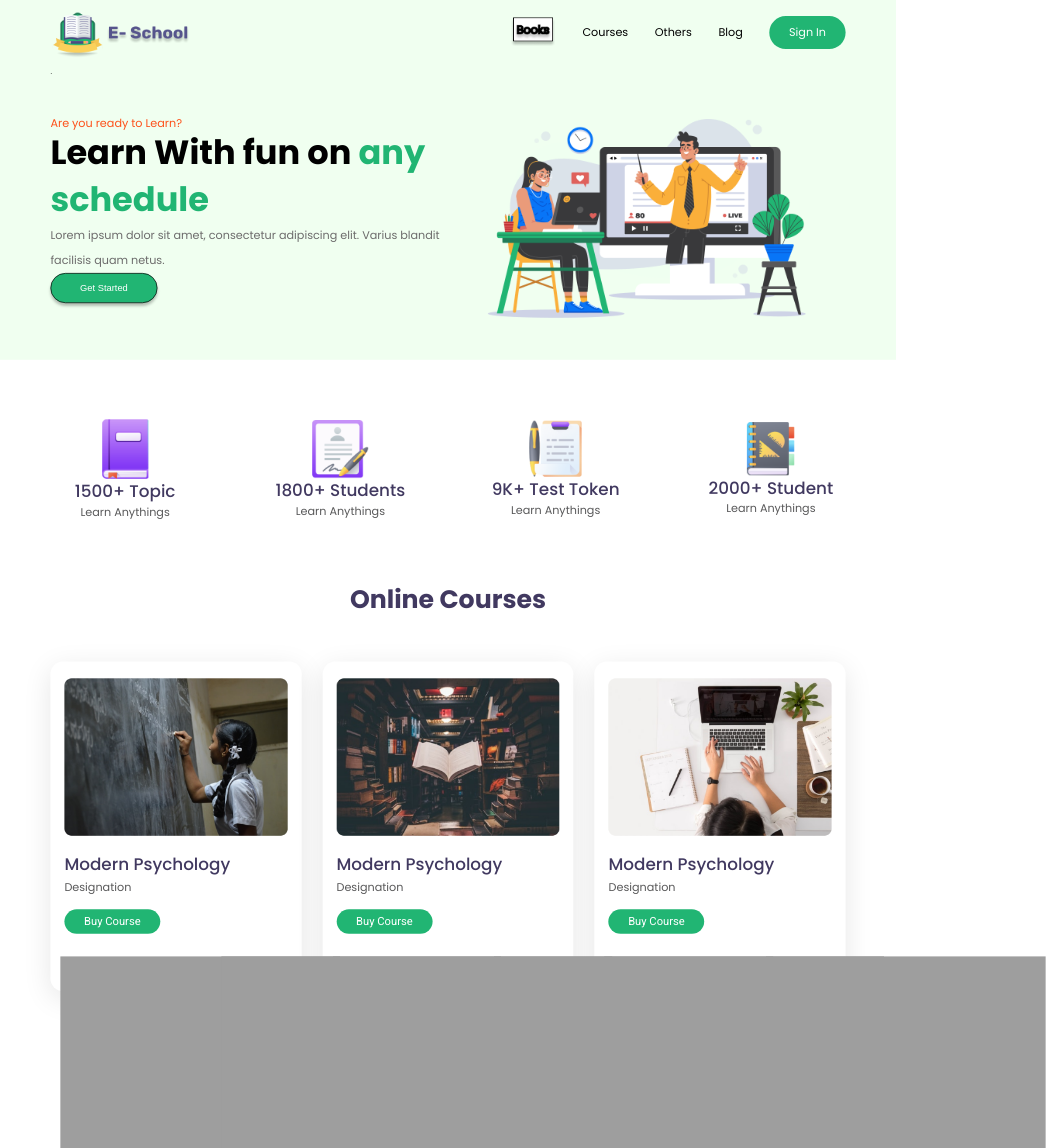
Repository: bijaythakur-code/E-school
Page: index.html
The author's editor kept a copy of each file at every save. The page is drawn from the files as they stood at one save, then again after the next save.
The browser window is 1280 px wide. The page is 1494 px wide, so the pictures cover 1494 px, including what lies to the right of the window. The pictures show the part of the page from y = 0 to 1640 px (the page is 2161 px tall before and 2197 px after), at 70% of full size.
Pictures or frames that could not be fetched are drawn as grey boxes.

Above is the page before, as saved 2022-05-17 12:06:46.

### index.html
<!DOCTYPE html>
<html lang="en">
  <head>
    <meta charset="UTF-8" />
    <meta http-equiv="X-UA-Compatible" content="IE=edge" />
    <meta name="viewport" content="width=device-width, initial-scale=1.0" />

    <link rel="preconnect" href="https://fonts.googleapis.com" />
    <link rel="preconnect" href="https://fonts.gstatic.com" crossorigin />
    <link
      href="https://fonts.googleapis.com/css2?family=Poppins:wght@400;500;700&family=Roboto&display=swap"
      rel="stylesheet"
    />

    <link rel="stylesheet" href="/css/general.css" />
    <link rel="stylesheet" href="/css/style.css" />
    <link rel="stylesheet" href="/css/queries.css" />
    <title>E-School V2</title>
  </head>
  <body>
    <header>
      <div class="container">
        <div class="nav-container">
          <div class="logo">
            <a href="#">
              <img src="/img/logo.png" alt="E-school logo" />
            </a>
          </div>
        <nav class="main-nav">
          <ul class="main-nav-list">
            <li>
              <a href="/">
                <img src="/img/img-icon-books-nav.png" alt="E-school Books" />
              </a>
            </li>
            <li>
              <a class="nav-link" href="#courses">Courses</a>
            </li>
            <li>
              <a class="nav-link" href="#">Others</a>
            </li>
            <li>
              <a class="nav-link" href="#">Blog</a>
            </li>
            <li>
              <a class="sign-in nav-link" href="#">Sign In</a>
            </li>
          </ul>
        </nav>

        <button class="btn-mobile-nav">
          <ion-icon class="icon-mobile-nav" name="menu-outline"></ion-icon>
          <ion-icon class="icon-mobile-nav" name="close-outline"></ion-icon>
        </button>
      </div>



        <!-- hero section -->
        .
        <div class="hero">
          <div class="hero-left">
            <p class="are-you-ready">Are you ready to Learn?</p>
            <h1>Learn With fun on <span class="h1-span">any schedule</span></h1>
            <p class="website-desc">
              Lorem ipsum dolor sit amet, consectetur adipiscing elit. Varius
              blandit facilisis quam netus.
            </p>
            <a href="#">
              <button class="btn-get-started">Get Started</button>
            </a>
          </div>
          <div class="hero-right">
            <img src="/img/image-hero.png" alt="E-school hero" />
        </div>
      </div>
    </header>

    <!-- progress section -->
    <section class="progress">
      <div class="container progress-container">
        <div class="progress-section">
          <img src="img/img-icon-1-topic.png" alt="Topic E-school">
          <h3>1500+ Topic</h3>
          <p>Learn Anythings</p>
        </div>

        <div class="progress-section">
          <img src="img/img-icon-2-students.png" alt="Students E-school">
          <h3>1800+ Students</h3>
          <p>Learn Anythings</p>
        </div>

        <div class="progress-section">
          <img src="img/img-icon-3-token.png" alt="Test E-school">
          <h3>9K+ Test Token</h3>
          <p>Learn Anythings</p>
        </div>

        <div class="progress-section">
          <img src="img/img-icon-4-student.png" alt="Student E-school">
          <h3>2000+ Student</h3>
          <p>Learn Anythings</p>
        </div>

      </div>
    </section>

    <!-- Online Courses Section -->

    <section id="courses">
      <div class="container online-courses">
        <h2>Online Courses</h2>
        <div class="courses-section">
          <div class="course-item">
            <img src="img/image-online-course-1.png" alt="E-school course" />
            <h3>Modern Psychology</h3>
            <p class="course-sub-desc">Designation</p>
            <a href="#">
              <button class="btn-buy-course">Buy Course</button>
            </a>
            <div class="course-details">
              <p class="course-start">Start 20  April, 2021</p>
              <p class="course-seats">60 seats</p>
            </div>
          </div>

          <div class="course-item">
            <img src="img/image-online-course-2.png" alt="E-school course" />
            <h3>Modern Psychology</h3>
            <p class="course-sub-desc">Designation</p>
            <a href="#">
              <button class="btn-buy-course">Buy Course</button>
            </a>
            <div class="course-details">
              <p class="course-start">Start 20  April, 2021</p>
              <p class="course-seats">60 seats</p>
            </div>
          </div>

          <div class="course-item">
            <img src="img/image-online-course-3.png" alt="E-school course" />
            <h3>Modern Psychology</h3>
            <p class="course-sub-desc">Designation</p>
            <a href="#">
              <button class="btn-buy-course">Buy Course</button>
            </a>
            <div class="course-details">
              <p class="course-start">Start 20  April, 2021</p>
              <p class="course-seats">60 seats</p>
            </div>
          </div>

          </div>
    </section>

    <!-- Testimonial section -->
    <section>
      <div class="container testimonial-container">
        <h2>Testimonial</h2>
        <div class="testimonial-section">
          <figure class="testimonial">
            <img
              class="testimonial-img"
              alt="Photo of customer Dave Bryson"
              src="img/image-testimonial.png"
            />
            <blockquote class="testimonial-text">
              There are many variations of passages of Lorem Ipsum available, but the majority have suffered alteration in some form, by injected humour,  or randomised words which don't look even slightly believable.
            </blockquote>
          </figure>
        </div>
      </div>
    </section>

    <!-- Footer Section -->

    <footer>
        <div class="footer-section container">
          <div class="footer-items">
            <p class="footer-left-text">Millions of people of all ages and from around the world are improving their lives with us</p>
            <div class="footer-item">
              <h3>Course</h3>
              <ul>
                <li>
                  <a href="#">Graphic Design</a>
                </li>
                <li>
                  <a href="#">Web Design</a>
                </li>
                <li>
                  <a href="#">Business</a>
                </li>
                <li>
                  <a href="#">Marketing</a>
                </li>
                <li>
                  <a href="#">Engineering</a>
                </li>
              </ul>
            </div>
            <div class="footer-item">
              <h3>Terms</h3>
              <ul>
                <li>
                  <a href="#">Graphic Design</a>
                </li>
                <li>
                  <a href="#">Web Design</a>
                </li>
                <li>
                  <a href="#">Business</a>
                </li>
                <li>
                  <a href="#">Marketing</a>
                </li>
                <li>
                  <a href="#">Engineering</a>
                </li>
              </ul>
            </div>
            <div class="footer-item">
              <h3>Useful Link</h3>
              <ul>
                <li>
                  <a href="#">Graphic Design</a>
                </li>
                <li>
                  <a href="#">Web Design</a>
                </li>
                <li>
                  <a href="#">Business</a>
                </li>
                <li>
                  <a href="#">Marketing</a>
                </li>
                <li>
                  <a href="#">Engineering</a>
                </li>
              </ul>
            </div>
          </div>
          <div class="footer-bottom">
            <p class="footer-bottom-text">
              Copyright © <span class="year">2021</span> www.com
            </p>
          </div>
        </div>
      </footer>

      <script src="https://unpkg.com/smoothscroll-polyfill@0.4.4/dist/smoothscroll.min.js"></script>

      <script type="module" src="https://unpkg.com/ionicons@5.5.2/dist/ionicons/ionicons.esm.js"></script>
<script nomodule src="https://unpkg.com/ionicons@5.5.2/dist/ionicons/ionicons.js"></script>

    <script src="js/script.js"></script>
  </body>
</html>

### css/general.css
/*
--- 01 TYPOGRAPHY SYSTEM

- Font sizes (px)


- Font weights
Default: 400
Medium: 500

Bold: 700


- Line heights
Default: 1
Small: 1.05
Medium: 1.2
Paragraph default: 1.6
Large: 1.8

- Letter spacing
-0.5px
0.75px

--- 02 COLORS

#000000 -- black
#21B573 -- primary
#FFFFFF -- white
#FD511A -- primary-shade-one
#413960 -- secondary
#585859 -- secondary-tint-one
#282531 -- footer background
#CDCDCD -- primary-tint-one

#F0FFF0 -- hero background

- Primary:
- Tints:


- Shades:


- Accents:
- Greys


--- 05 SHADOWS


--- 06 BORDER-RADIUS

Default: 9px
Medium: 11px

--- 07 WHITESPACE

- Spacing system (px)

*/

:root {
  /* COLORS VARIABLES */
  --primary-color: #21b573;
  --primary-shade-one: #fd511a;
  --primary-tint-one: #cdcdcd;

  --secondary-color: #413960;
  --secondary-tint-one: #585859;

  --hero-background: #f0fff0;
  --footer-background: #282531;

  --black-color: #000000;
  --white-color: #ffffff;
}

*,
*::after,
*::before {
  padding: 0;
  margin: 0;
  box-sizing: border-box;
}

html {
  /* font-size: 10px; */

  /* 10px / 16px = 0.625 = 62.5% */
  /* Percentage of user's browser font-size setting */
  font-size: 62.5%;

  /* Does NOT work on Safari */
  /* scroll-behavior: smooth; */
}

body {
  font-family: 'Poppins', sans-serif;
  line-height: 140%;
  font-weight: 400;
}

ul {
  list-style: none;
}

a {
  text-decoration: none;
}

img {
  max-width: 100%;
  height: auto;
}

button {
  border: none;
  outline: none;
  cursor: pointer;
}

/*=============== GENERAL REUSABLE CSS CLASSES ===============*/

.container {
  /* 1200px */
  max-width: 120rem;
  padding: 0 3.2rem;
  margin: 0 auto;
}

### css/style.css
/*=============== HEADER & NAV ===============*/

header {
  background-color: var(--hero-background);
  position: relative;
}

.nav-container {
  display: flex;
  justify-content: space-between;
  align-items: center;
  height: 9.6rem;
}

.main-nav-list {
  display: flex;
  justify-content: space-between;
  align-items: center;
  gap: 3.8rem;
}

.logo {
  height: 6rem;
  width: 20rem;
}

.nav-link {
  font-family: 'Poppins', sans-serif;
  font-weight: 400;
  font-size: 1.6rem;
  color: #000000;
}

.sign-in {
  color: #ffffff;
  padding: 1.2rem 2.8rem;
  width: 10.4rem;
  height: 4.3rem;
  background: #21b573;
  border-radius: 3.3rem;
}

/* mobile menu */

.btn-mobile-nav {
  border: none;
  background: none;
  cursor: pointer;

  display: none;
}

.icon-mobile-nav {
  height: 4.8rem;
  width: 4.8rem;
  color: #333;
}

.icon-mobile-nav[name='close-outline'] {
  display: none;
}

/* STICKY NAVIGATION */

.sticky .nav-container {
  position: fixed;
  top: 0;
  left: 0;
  bottom: 0;
  width: 100%;
  height: 8rem;
  /* padding-top: 0;
  padding-bottom: 0; */
  padding: 0 2rem;
  background-color: rgba(255, 255, 255, 0.97);
  z-index: 999;
  box-shadow: 0 1.2rem 3.2rem rgba(0, 0, 0, 0.03);
}

.sticky .hero {
  margin-top: 9.6rem;
}

/*=============== HERO SECTION ===============*/

.hero {
  display: flex;
  padding: 6rem 0 6rem 0;
}

.hero-left {
  width: 50%;
  display: flex;
  flex-direction: column;
}

.are-you-ready {
  font-family: 'Poppins', sans-serif;
  font-weight: 400;
  font-size: 1.6rem;
  color: #fd511a;
}

h1 {
  font-family: 'Poppins', sans-serif;

  font-weight: 700;
  font-size: 4.8rem;
  line-height: 140%;
  color: #000000;
}

.h1-span {
  color: #21b573;
}

.website-desc {
  font-family: 'Poppins', sans-serif;

  font-weight: 400;
  font-size: 1.6rem;
  line-height: 225%;
  color: #6c6b6b;
}

.btn-get-started {
  width: 15.3rem;
  height: 4.3rem;
  background: #21b573;
  padding: 1.2rem 3.6rem;
  border: 0.1rem solid #000000;
  box-shadow: 0rem 0.4rem 0.4rem rgba(0, 0, 0, 0.25);
  border-radius: 3.3rem;
  color: #ffffff;
}

.hero-right {
  width: 50%;
  display: flex;
  justify-content: center;
  align-items: center;
}

.hero-right img {
  width: 80%;
}

/*=============== PROGRESS SECTION ===============*/

/* .progress {
  background-color: red;
} */
.progress-container {
  display: grid;
  grid-template-columns: repeat(4, 1fr);
  padding: 3rem 0;
  gap: 3rem;
}

.progress-section {
  display: flex;
  flex-direction: column;
  justify-content: center;
  align-items: center;
  padding: 5.5rem 0;
  /* width: 27rem;
  height: 27rem; */
}

.progress-section h3 {
  font-family: 'Poppins', sans-serif;
  font-weight: 500;
  font-size: 2.4rem;
  line-height: 3.6rem;
  color: #413960;
}

.progress-section p {
  font-family: 'Poppins', sans-serif;
  font-weight: 400;
  font-size: 1.6rem;
  line-height: 2.4rem;
  color: #585859;
}

.progress-section:hover {
  background: #ffffff;
  /* background: red; */
  box-shadow: 0rem 2rem 4rem rgba(0, 0, 0, 0.1);
  border-radius: 1rem;
}

/*=============== ONLINE COURSE SECTION ===============*/
.online-courses h2 {
  text-align: center;
  font-family: 'Poppins', sans-serif;
  font-weight: 700;
  font-size: 3.6rem;
  line-height: 5.4rem;
  color: #413960;
}

.courses-section {
  display: grid;
  grid-template-columns: repeat(3, 1fr);
  gap: 3rem;
  margin-top: 6.2rem;
}

.course-item {
  background: #ffffff;
  box-shadow: 0rem 1rem 4rem rgba(0, 0, 0, 0.1);
  border-radius: 1.8rem;
  padding: 2.4rem 2rem;
}

.course-item h3 {
  font-family: 'Poppins', sans-serif;
  font-weight: 500;
  font-size: 2.4rem;
  line-height: 3.6rem;
  color: #413960;
  margin-top: 1.9rem;
}

.course-sub-desc {
  font-family: 'Poppins', sans-serif;
  font-weight: 400;
  font-size: 1.6rem;
  line-height: 2.4rem;
  color: #585859;
  margin-top: 0.3rem;
}

.btn-buy-course {
  padding: 0.8rem 2.8rem;
  background: #21b573;
  border-radius: 3.3rem;
  font-family: 'Roboto', sans-serif;
  font-weight: 400;
  font-size: 1.6rem;
  line-height: 1.9rem;
  color: #ffffff;
  margin-top: 1.9rem;
}

.course-details {
  display: flex;
  justify-content: space-between;
  align-items: center;
  margin-top: 3.4rem;
}

.course-details .course-start,
.course-details .course-seats {
  font-family: 'Poppins', sans-serif;
  font-weight: 500;
  font-size: 1.6rem;
  line-height: 2.4rem;
  color: #585859;
  white-space: nowrap;
  position: relative;
  padding-left: 2rem;
}

.courses-section .course-details .course-seats::before {
  content: url('../img/icon-people.svg');
  position: absolute;
  top: -0.2rem;
  left: -0.6rem;
}

.courses-section .course-details .course-start::before {
  content: url('../img/icon-calender.svg');
  position: absolute;
  top: -0.2rem;
  left: -0.6rem;
}

/*=============== TESTIMONIAL SECTION ===============*/

.testimonial-container h2 {
  text-align: center;
  font-family: 'Poppins', sans-serif;
  font-weight: 700;
  font-size: 3.6rem;
  line-height: 5.4rem;
  color: #000000;
  margin-top: 6.2rem;
}

.testimonial-section {
  padding: 7rem 19.6rem;
}

.testimonial-container .testimonial {
  display: flex;
  justify-content: center;
  align-items: center;
  gap: 5.2rem;
}

.testimonial-container .testimonial .testimonial-img {
  width: 12rem;
  height: 12rem;
}

.testimonial-container .testimonial .testimonial-text {
  font-family: 'Poppins', sans-serif;
  font-weight: 400;
  font-size: 1.6rem;
  line-height: 188%;
  color: #000000;
}

/*=============== TESTIMONIAL SECTION ===============*/

footer {
  background: #282531;
}
.footer-section {
  display: flex;
  flex-direction: column;
  justify-content: center;
  align-items: center;
}

.footer-items {
  display: grid;
  grid-template-columns: 2fr 1fr 1fr 1fr;
  padding-top: 5.5rem;
  gap: 12.5rem;
}

.footer-items .footer-item h3 {
  font-family: 'Poppins', sans-serif;
  font-weight: 700;
  font-size: 1.8rem;
  line-height: 167%;
  color: #ffffff;
}

.footer-items .footer-item a,
.footer-items .footer-left-text,
.footer-bottom {
  font-family: 'Poppins', sans-serif;
  font-weight: 400;
  font-size: 1.6rem;
  line-height: 188%;
  color: #ffffff;
}

.footer-bottom {
  padding-top: 7.6rem;
  padding-bottom: 2.7rem;
}

### css/queries.css
/* rem and em do NOT depend on html font-size in media queries! Instead, 1rem = 1em = 16px */

/**************************/
/* BELOW 1344px (Smaller desktops) */
/**************************/

@media (max-width: 84em) {
}

/**************************/
/* BELOW 1200px (Landscape Tablets) */
/**************************/

@media (max-width: 75em) {
  html {
    /* 9px / 16px  */
    font-size: 56.25%;
  }
}

/**************************/
/* BELOW 944px (Tablets) */
/**************************/

@media (max-width: 59em) {
  html {
    /* 8px / 16px = 0.5 = 50% */
    font-size: 50%;
  }
}

/**************************/
/* BELOW 704px (Smaller tablets) */
/**************************/

@media (max-width: 44em) {
}

/**************************/
/* BELOW 544px (Phones) */
/**************************/

@media (max-width: 34em) {
}

### js/script.js
///////////////////////////////////////////////////////////
// Set current year
const yearEl = document.querySelector('.year')
const currentYear = new Date().getFullYear()
yearEl.textContent = currentYear

///////////////////////////////////////////////////////////
// Make mobile navigation work

const btnNavEl = document.querySelector('.btn-mobile-nav')
const headerEl = document.querySelector('.nav-container')

btnNavEl.addEventListener('click', function () {
  headerEl.classList.toggle('nav-open')
})

///////////////////////////////////////////////////////////
// Smooth scrolling animation

const allLinks = document.querySelectorAll('a:link')

allLinks.forEach(function (link) {
  link.addEventListener('click', function (e) {
    e.preventDefault()
    const href = link.getAttribute('href')

    // Scroll back to top
    if (href === '#')
      window.scrollTo({
        top: 0,
        behavior: 'smooth',
      })

    // Scroll to other links
    if (href !== '#' && href.startsWith('#')) {
      const sectionEl = document.querySelector(href)
      sectionEl.scrollIntoView({ behavior: 'smooth' })
    }

    // Close mobile naviagtion
    if (link.classList.contains('nav-link'))
      headerEl.classList.toggle('nav-open')
  })
})

///////////////////////////////////////////////////////////
// Sticky navigation

const sectionHeroEl = document.querySelector('.hero')

const obs = new IntersectionObserver(
  function (entries) {
    const ent = entries[0]
    // console.log(ent)

    if (ent.isIntersecting === false) {
      document.body.classList.add('sticky')
    }

    if (ent.isIntersecting === true) {
      document.body.classList.remove('sticky')
    }
  },
  {
    // In the viewport
    root: null,
    threshold: 0,
    rootMargin: '-80px',
  }
)
obs.observe(sectionHeroEl)

After the next save:
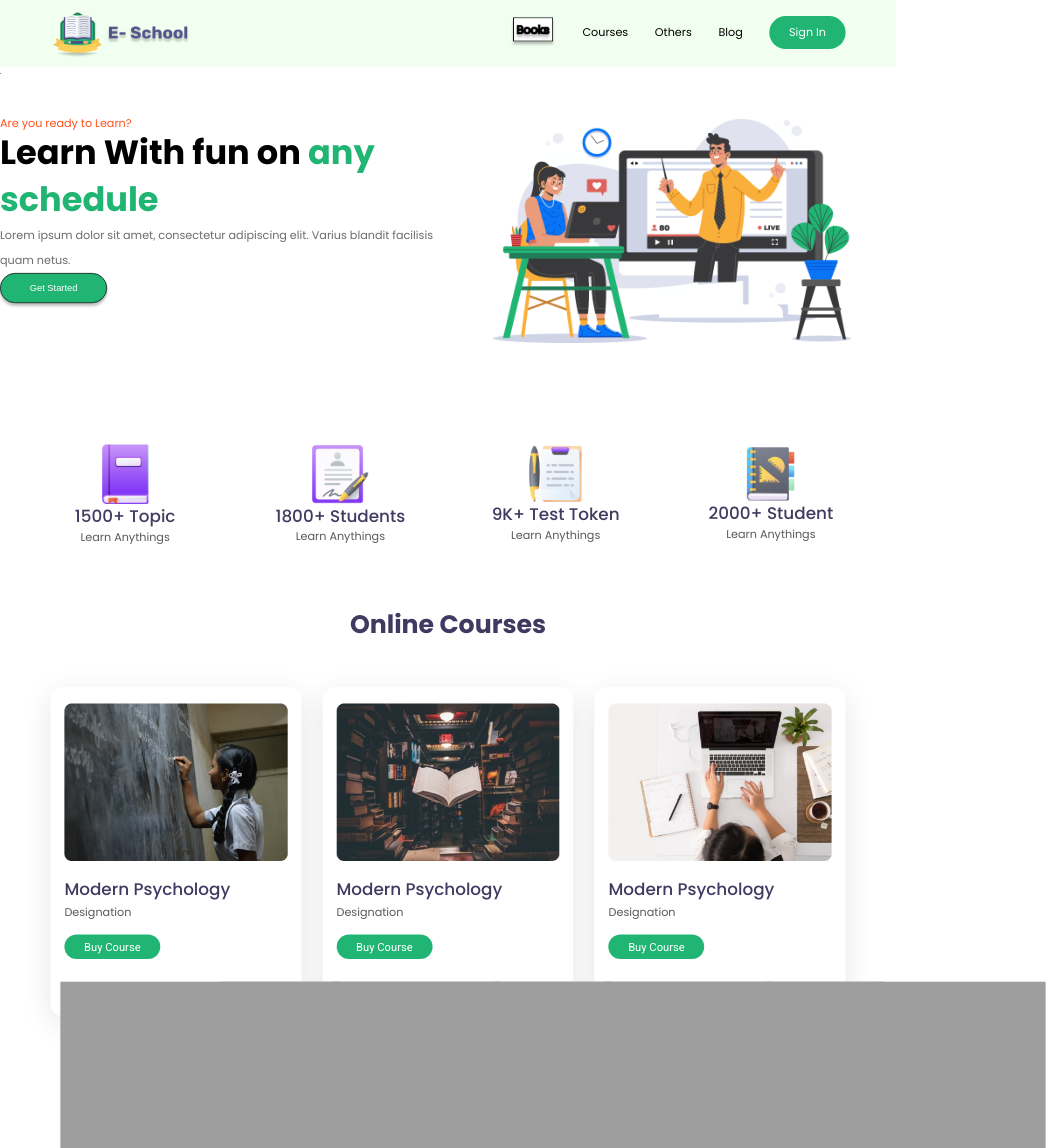
Saved 4 days later.
--- a/index.html
+++ b/index.html
@@ -53,28 +53,26 @@
           <ion-icon class="icon-mobile-nav" name="close-outline"></ion-icon>
         </button>
       </div>
-
-
-
-        <!-- hero section -->
-        .
-        <div class="hero">
-          <div class="hero-left">
-            <p class="are-you-ready">Are you ready to Learn?</p>
-            <h1>Learn With fun on <span class="h1-span">any schedule</span></h1>
-            <p class="website-desc">
-              Lorem ipsum dolor sit amet, consectetur adipiscing elit. Varius
-              blandit facilisis quam netus.
-            </p>
-            <a href="#">
-              <button class="btn-get-started">Get Started</button>
-            </a>
-          </div>
-          <div class="hero-right">
-            <img src="/img/image-hero.png" alt="E-school hero" />
-        </div>
-      </div>
     </header>
+
+    <!-- hero section -->
+    .
+    <div class="hero">
+      <div class="hero-left">
+        <p class="are-you-ready">Are you ready to Learn?</p>
+        <h1>Learn With fun on <span class="h1-span">any schedule</span></h1>
+        <p class="website-desc">
+          Lorem ipsum dolor sit amet, consectetur adipiscing elit. Varius
+          blandit facilisis quam netus.
+        </p>
+        <a href="#">
+          <button class="btn-get-started">Get Started</button>
+        </a>
+      </div>
+      <div class="hero-right">
+        <img src="/img/image-hero.png" alt="E-school hero" />
+    </div>
+  </div>
 
     <!-- progress section -->
     <section class="progress">
